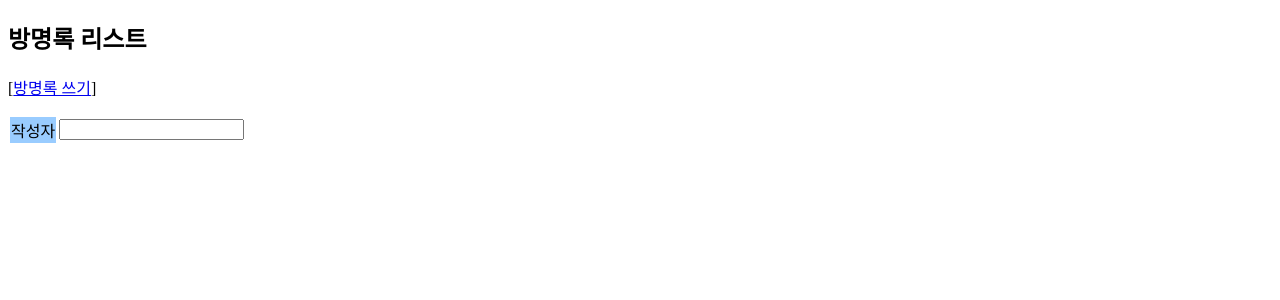
Repository: wjsjsn/23_jspstudy
Page: http://localhost/02_jsp/GuestController?cmd=list
The author's editor kept a copy of each file at every save. The page is drawn from the files as they stood at one save, then again after the next save.
The browser window is 1280 px wide. The pictures show the whole page.
The page is served by Tomcat 9.

Above is the page before, as saved 2023-07-06 02:57:31.

After the next save:
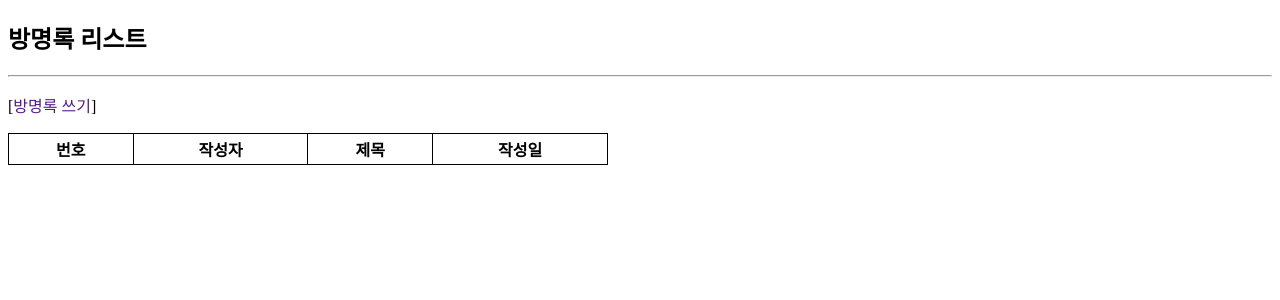
Saved 5 min 9 s later.
--- a/02_jsp/src/main/webapp/guestbook/list.jsp
+++ b/02_jsp/src/main/webapp/guestbook/list.jsp
@@ -5,17 +5,36 @@
 <head>
 <meta charset="UTF-8">
 <title>방명록</title>
+<style type="text/css">
+	a{
+		text-decoration: none;
+	}
+
+	table {
+		width: 600px;
+		border-collapse: collapse;
+		text-align: center;
+	}
+
+	table, th, td {
+		border: 1px solid black;
+		padding: 3px;
+	}
+</style>
 </head>
 <body>
 	<div>
 		<h2>방명록 리스트</h2>
-		<p>[<a href="/03_guestbook/MyController?cmd=list">방명록 쓰기</a>]</p>
-		<form method="post">
+		<hr>
+		<p>[<a href="">방명록 쓰기</a>]</p>
 			<table>
-				<tr align="center">
-					<td bgcolor="#99ccff">작성자</td>
-					<td><input type="text" name="name" size ="20"/></td>
-				</tr>
-	</div>
+				<thead>
+					<tr>
+						<th>번호</th><th>작성자</th><th>제목</th><th>작성일</th>
+					</tr>
+				</thead>
+				<tbody></tbody>
+				</table>
+				</div>
 </body>
 </html>
